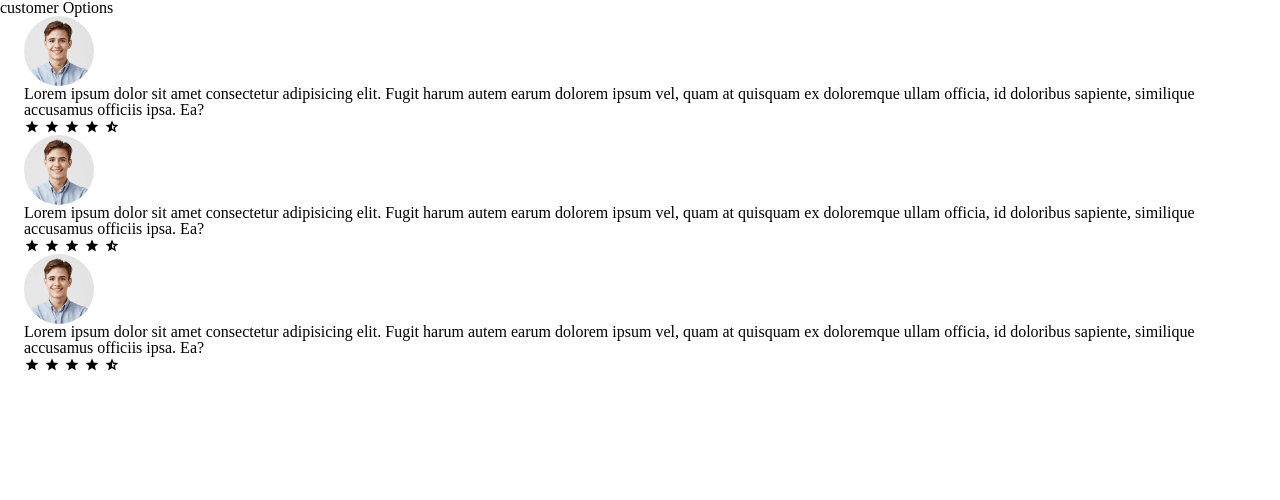
Repository: dinhhaidh/slider-3
Page: index.html
The author's editor kept a copy of each file at every save. The page is drawn from the files as they stood at one save, then again after a run of saves.
The browser window is 1280 px wide. The pictures show the whole page.

Above is the page before, as saved 2024-03-22 20:12:12.

After the next 2 saves:
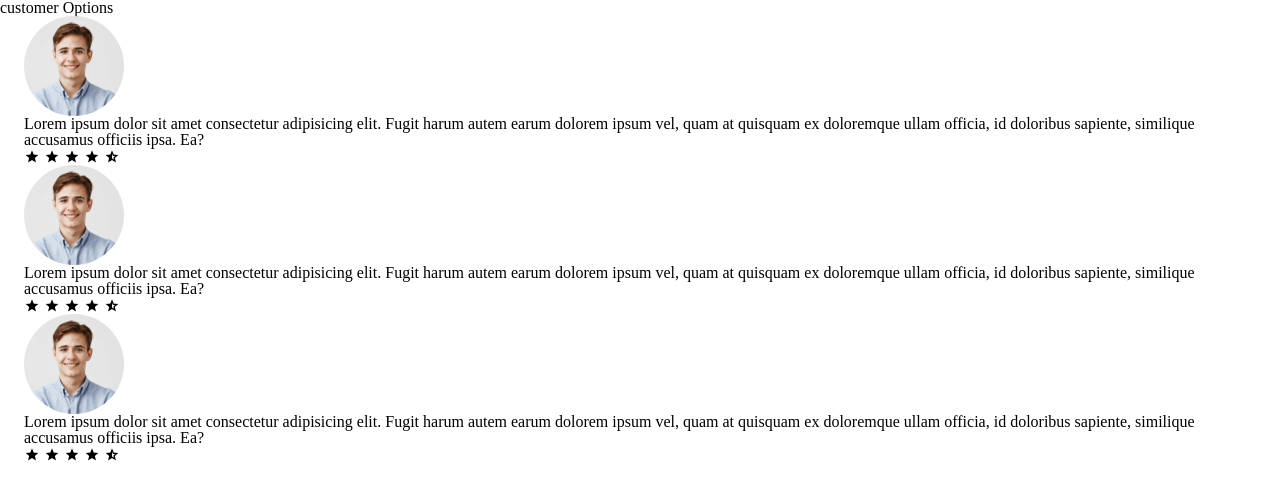
The 2 saves are shown as one change because they came seconds apart.
The last was saved 18 s later.
--- a/style.css
+++ b/style.css
@@ -57,8 +57,8 @@ body {
 
 }
 .customer__img{
-    width: 70px;
-    height: 70px;
+    width: 100px;
+    height: 100px;
     border-radius: 50%;
 }
 .customer__star{
